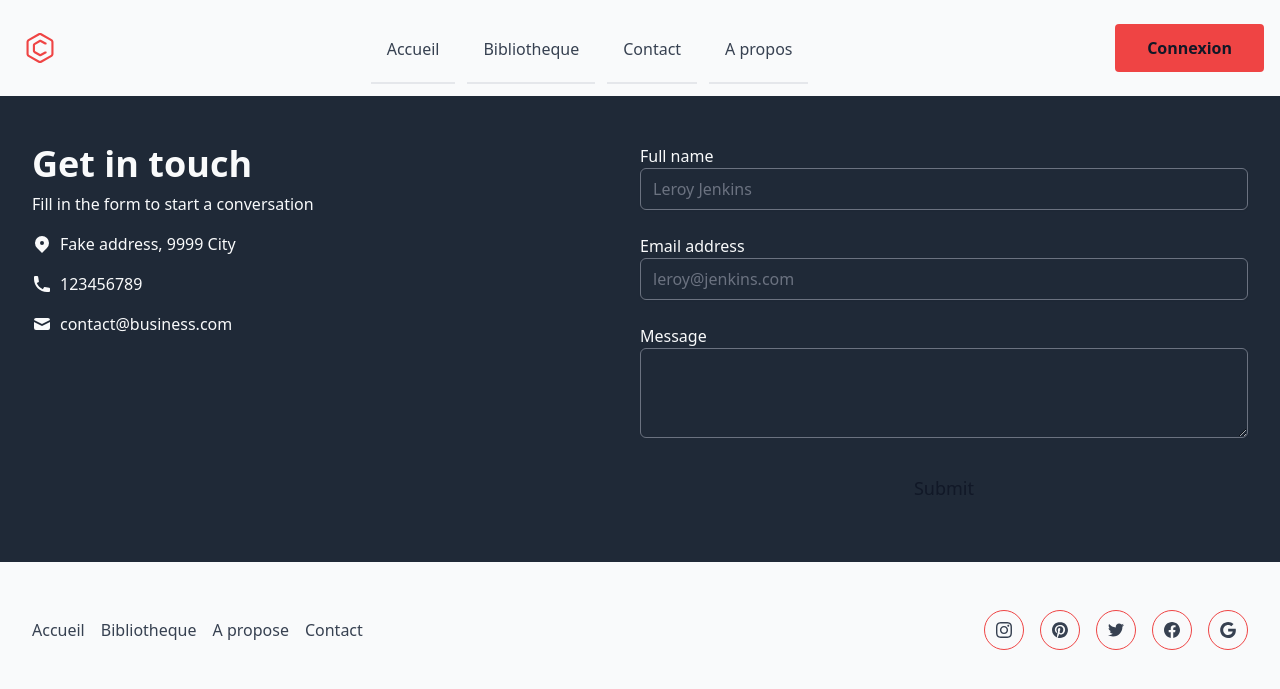
Repository: erulabs243/museum
Page: /contact
An editor plug-in stored every save of this project. The page is shown before and after the next save, followed by the edit.
The browser window is 1280 px wide. The pictures show the whole page.
The project was rebuilt for these pictures with package versions that can differ from the ones it lists, and the page was loaded fresh each time. Also part of the build but not shown: vite.config.js, src/pages/admin/Home.jsx, src/pages/commons/NotFound.jsx, src/components/atoms/TagBadge.jsx, src/components/atoms/MyAudioPlayer.jsx, src/components/atoms/MyVideoPlayer.jsx, src/components/atoms/MediaCard.jsx, src/components/sections/Testimonial.jsx and 16 more.

Above is the page before, as saved 2022-08-10 13:07:03.

After the next save:
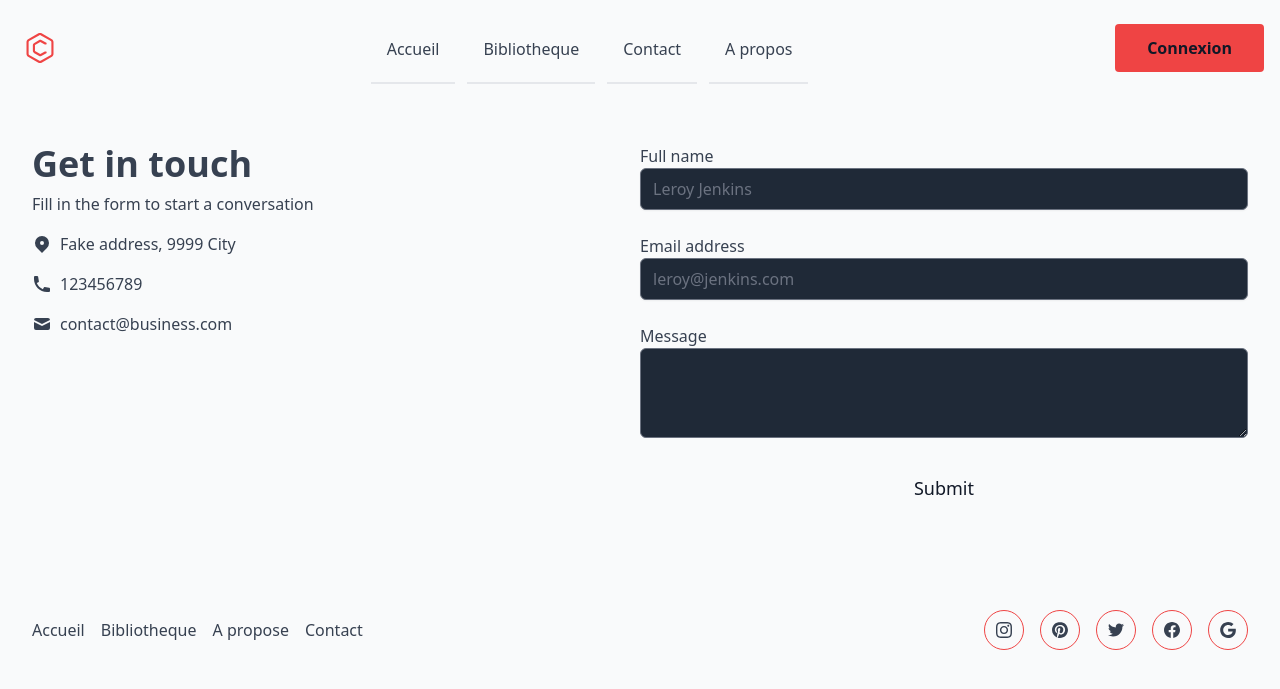
Saved 15 s later.
--- a/src/pages/user/Contact.jsx
+++ b/src/pages/user/Contact.jsx
@@ -6,7 +6,7 @@ const Contact = () => {
     return (
         <main>
             <Navbar />
-            <section className="py-6 bg-gray-800 text-gray-50">
+            <section className="py-6 bg-gray-50 text-gray-700">
                 <div className="grid max-w-6xl grid-cols-1 px-6 mx-auto lg:px-8 md:grid-cols-2 md:divide-x">
                     <div className="py-6 md:py-0 md:px-6">
                         <h1 className="text-4xl font-bold">Get in touch</h1>
